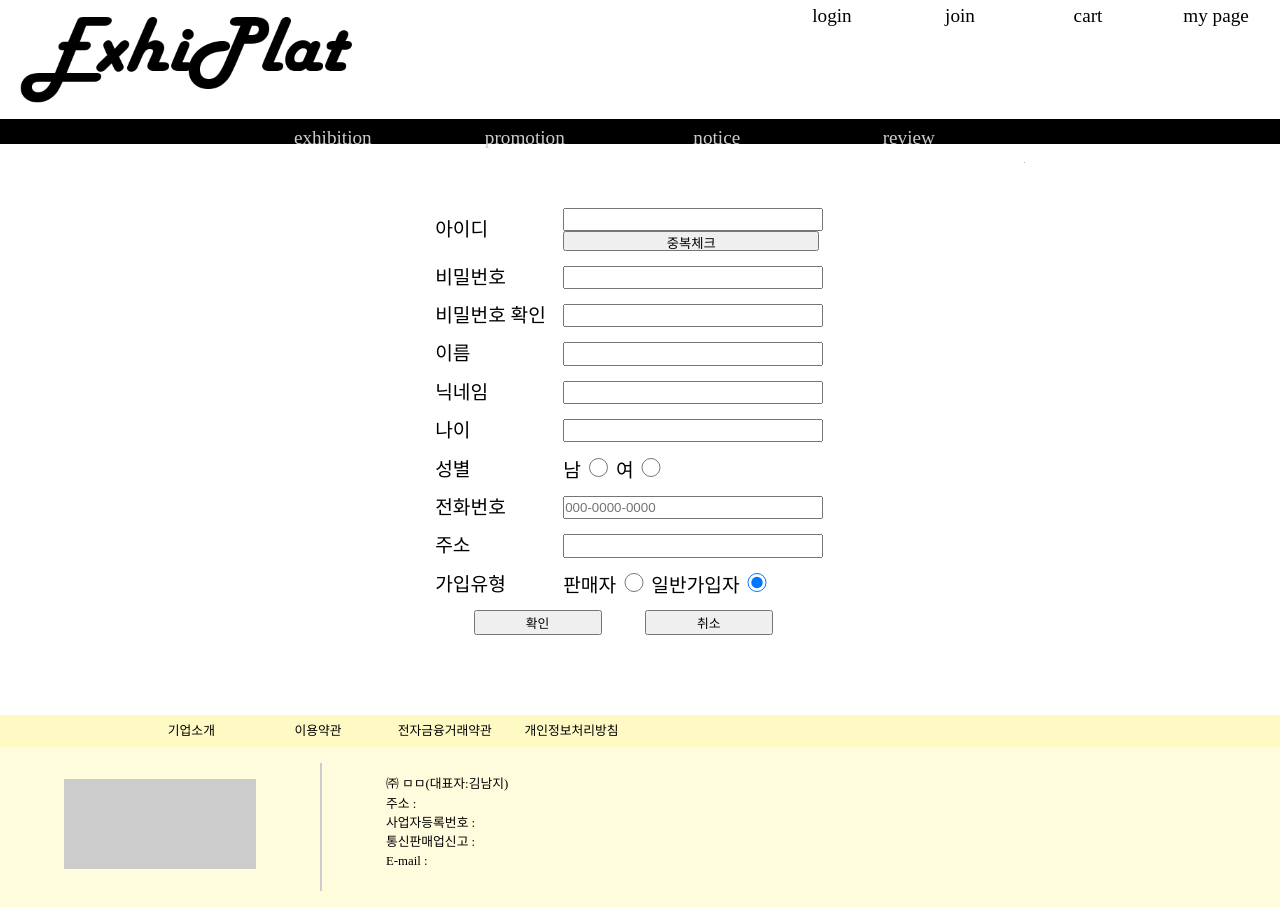
Repository: pnamjitoo/exhibition
Page: http://localhost/exhibition/source/member/regist.jsp
The author's editor kept a copy of each file at every save. The page is drawn from the files as they stood at one save, then again after a run of saves.
The browser window is 1280 px wide. The pictures show the whole page.
Some web libraries are served in a nearby version. The page is served by Tomcat 9. Other server files are loaded and not shown.

Above is the page before, as saved 2022-09-11 01:09:23.

### exhibition/src/main/webapp/source/member/regist.jsp
<%@ page language="java" contentType="text/html; charset=UTF-8"
    pageEncoding="UTF-8"%>
<%@ taglib uri="http://java.sun.com/jsp/jstl/core" prefix="c"%>
<!DOCTYPE html>
<html>
<head>
    <meta charset='utf-8'>
    <meta http-equiv='X-UA-Compatible' content='IE=edge'>
    <title>Page Title</title>
    <meta name='viewport' content='width=device-width, initial-scale=1'>
	<script type="text/javascript" src="/exhibition/source/member/member.js" charset="utf-8"></script>
	<link href="${pageContext.request.contextPath}/css/reset.css?ver=1" rel="stylesheet">
    <link href="${pageContext.request.contextPath}/css/regist.css?ver=1" rel="stylesheet">
</head>
<body>
	<%@ include file="/source/main/header.jsp" %>
	<%response.setCharacterEncoding("utf-8");%>
    <main>
        <div id="regist_wrap">
            <form action="/exhibition/MemberServlet?command=regist" method="post" name="frm">
                <table>
                	<tr>
		                <td>아이디</td>
		                <td>
		                <input type="text" name="id" id="id">
		                <input type="hidden" name="reid">
<!-- 아이디 옆으로 중복체크 버튼 올려주세요	 -->
		        		<input type="button" value="중복체크" onclick="openCheck()">
		        		</td>
        			</tr>
        			<tr>
                        <td>비밀번호</td>
                        <td><input type="password" name="pwd"></td>
                    </tr>
                    <tr>
                        <td>비밀번호 확인</td>
                        <td><input type="password" name="pwd1"></td>
                    </tr>
                    <tr>
                        <td>이름</td>
                        <td><input type="text" name="mem_name"></td>
                    </tr>
                    <tr>
                        <td>닉네임</td>
                        <td><input type="text" name="nick"></td>
                    </tr>
                    <tr>
                        <td>나이</td>
                        <td><input type="text" name="age"></td>
                    </tr>
                    <tr>
                        <td>성별</td>
                        <td>
                            <label for="남">남</label>
                            <input type="radio" name="gender" value="남" id="남">
                            <label for="여">여</label>
                            <input type="radio" name="gender" value="여" id="여">
                        </td>
                    </tr>
                    <tr>
                        <td>전화번호</td>
                        <td><input type="tel" name="tel" placeholder="000-0000-0000"></td>
                    </tr>
                    <tr>
                        <td>주소</td>
                        <td><input type="text" name="addr"></td>
                    </tr>
                    <tr>
                        <td>가입유형</td>
                        <td>
                            <label for="판매자">판매자</label>
                            <input type="radio" name="rank" value="1" id="판매자">
                            <label for="일반가입자">일반가입자</label>
                            <input type="radio" name="rank" value="2" id="일반가입자" checked="checked">
                        </td>
                    </tr>
    				<tr>
                        <td colspan="2"><input type="submit" value="확인" onclick="return registCheck()">
                        <input type="reset" value="취소"></td>
                    </tr>
<%--                     <tr><td colspan="2">${message }</td></tr> --%>
                </table>
            </form>
        </div><!--//regist_wrap-->
    </main><!--//main-->
     <%@include file="/source/main/footer.jsp" %>
</body>
</html>

### exhibition/src/main/webapp/source/main/header.jsp
<%@ page language="java" contentType="text/html; charset=UTF-8"
    pageEncoding="UTF-8"%>
<%@ taglib uri="http://java.sun.com/jsp/jstl/core" prefix="c"%>
<%@ page import="java.sql.*" %>
<!DOCTYPE html>
<html>
<head>
    <meta charset='utf-8'>
    <meta http-equiv='X-UA-Compatible' content='IE=edge'>
    <title>Page Title</title>
    <meta name='viewport' content='width=device-width, initial-scale=1'>
    <link href="${pageContext.request.contextPath}/css/reset.css?ver=1" rel="stylesheet"/>
    <link href="${pageContext.request.contextPath}/css/header.css?ver=1" rel="stylesheet"/>

    <script src="https://code.jquery.com/jquery-3.2.1.min.js"></script>
    <script src="${pageContext.request.contextPath}/js/jquery.bxslider.js?ver=1" ></script>
    <script src="${pageContext.request.contextPath}/js/jquery.clickToGiveClass.js?ver=1"></script>
    <script src="${pageContext.request.contextPath}/js/jquery.scrollToGiveClass.js?ver=1"></script>
    <script src="${pageContext.request.contextPath}/js/jquery.slidy.js?ver=1"></script>
    <script src="${pageContext.request.contextPath}/js/script.js?ver=1"></script>
</head>
<body>
    <div id="wrap">
        <header>
            <div id="logo">
				<img width='350' height='90' src="${pageContext.request.contextPath}/image/logo.png">
            </div><!--//logo-->
            <div id="top_menu">
                <ul>
<!-- 로그인한 사용자에게 보이는 구성,
로그아웃한 사용자에게 보이는 구성대로 나눠주세요      -->
				<!-- 로그인 정보가 없는 사용자  -->
                <%if (session.getAttribute("loginUser") == null) {%>
                    <li><a href="/exhibition/source/member/login.jsp">login</a></li>
                    <li><a href="/exhibition/source/member/regist.jsp">join</a></li>
                <%} else { %>
                <!-- 로그인 정보가 있는 사용자  -->
                	<li><a href="/exhibition/MemberServlet?command=logout">logout</a></li>
                <%} %>
                    <li><a href="/exhibition/source/pay/cart.jsp">cart</a></li>
                    <li><a href="/exhibition/MemberServlet?command=mypage">my page</a></li>
                </ul>
            </div><!--//top_menu-->
            <nav id="main_menu">
                <ul>
                    <li><a href="board.jsp">exhibition</a>
                        <div id="menu_sub">
                            <ul>
                                <li><a href="/source/board.jsp">전체보기</a></li>
                                <li><a href="board_1.jsp">그림전</a></li>
                                <li><a href="board_2.jsp">사진전</a></li>
                                <li><a href="board_3.jsp">체험전</a></li>
                                <li><a href="board_4.jsp">키즈/애니메이션</a></li>
                                <li><a href="board_5.jsp">기타</a></li>
                            </ul>
                        </div>
                    </li>
                    <li><a href="#">promotion</a></li>
                    <li><a href="/exhibition/NoticeServlet?command=notice_list">notice</a></li>
                    <li><a href="#">review</a></li>
                    <li>
                    <label for="search"></label>
                    <input type="checkbox" id="search" >
                        <div id="search_bar">
                            <form>
                                <input type="text" name="search">
                                <label for="search_btn"></label>
                                <input type="submit" value="검색" id="search_btn">
                            </form>
                        </div>
                    </li>
                </ul>
            </nav><!--//main_menu-->
        </header><!--//header-->
    </div><!--//wrap-->
</body>
</html>

### exhibition/src/main/webapp/source/main/footer.jsp
<%@ page language="java" contentType="text/html; charset=UTF-8"
    pageEncoding="UTF-8"%>
<%@ taglib uri="http://java.sun.com/jsp/jstl/core" prefix="c"%>
<!DOCTYPE html>
<html>
<head>
<meta charset="utf-8">
<title>Insert title here</title>
<link href="${pageContext.request.contextPath}/css/reset.css?ver=1" rel="stlyesheet">
<link href="${pageContext.request.contextPath}/css/footer.css?ver=1" rel="stylesheet">
</head>
<body>
	<footer>
	            <div id="footer_menu">
	                <ul>
	                    <li>기업소개</li>
	                    <li>이용약관</li>
	                    <li>전자금융거래약관</li>
	                    <li>개인정보처리방침</li>
	                </ul>
	            </div><!--//footer_menu-->
	            <div class="footer_logo">

	            </div>
	            <div id="footer_info">
	                ㈜ ㅁㅁ(대표자:김남지)<br>
	                주소 : <br>
	                사업자등록번호 : <br>
	                통신판매업신고 : <br>
	                E-mail :
	            </div>
	        </footer><!--//footer-->
</body>
</html>

### exhibition/src/main/webapp/source/member/member.js
function loginCheck() {

   if (document.frm.id.value == "") {
      alert("아이디를 입력해주세요.");
      frm.id.focus();
      return false;
   } else if (document.frm.pwd.value == "") {
      alert("비밀번호를 입력해주세요.");
      frm.pwd.focus();
      return false;
   }
   return true;
}

function openCheck() {
	if (idCheck() == true){
	var url = "/exhibition/MemberServlet?command=idcheck&id=" + document.frm.id.value;
	window.open(url, "_blank_1",
	"toolbar=no, menubar=no, scrollbars=yes, resizable=no, width=450, height=200");
	}
}

function idCheck() {
		var idRegExp = /^[a-zA-z0-9]{4,12}$/;
	if (document.frm.id.value == "") {
		alert("아이디를 입력해주세요.");
		document.frm.id.focus();
		return false;
	} else if (!idRegExp.test(document.frm.id.value)) {
		alert("아이디는 영문 대소문자와 숫자 4~12자리로 입력해야 합니다.");
		frm.id.value = "";
		frm.id.focus();
		return false;
	}
	return true;
}

function idok() {
	opener.frm.id.value=document.frm.id.value;
	opener.frm.reid.value=document.frm.id.value;
	self.close();
}

function registCheck() {
	if (!checkId(document.frm.id.value)){
		return false;
	}   else if (document.frm.reid.value.length == 0) {
		alert("아이디 중복 체크는 필수입니다.");
		frm.id.focus();
		return false;
	}	else if (!checkPassword(document.frm.pwd.value, document.frm.pwd1.value)) {
		return false;
	}	else if (!checkName(document.frm.mem_name.value)) {
		return false;
	}	else if (!checkNick(document.frm.nick.value)) {
		return false;
	}	else if (!checkAge(document.frm.age.value)) {
		return false;
	}	else if (!checkExistData(document.frm.gender.value, "성별을")) {
		return false;
	}	else if (!checkTel(document.frm.tel.value)) {
		return false;
	}	else if (!checkExistData(document.frm.addr.value, "주소를")) {
		return false;
	}	else if (!checkExistData(document.frm.rank.value, "가입유형을")) {
		return false;
	}
	return true;
}

// 공백확인 함수
function checkExistData(value, dataName) {
	if (value == "") {
		alert(dataName + " 입력해주세요.");
		return false;
	}
	return true;
}

function checkId(id){
 	if (!checkExistData(id, "아이디를"))
		return false;
	var idRegExp = /^[a-zA-z0-9]{4,12}$/;
	if (!idRegExp.test(id)) {
		alert("아이디는 영문 대소문자와 숫자 4~12자리로 입력해야 합니다.");
		frm.id.value = "";
		frm.id.focus();
		return false;
	}
	return true;
}

//비밀번호가 입력되었는지 확인하기
function checkPassword(pwd, pwd1) {
	if (!checkExistData(pwd, "비밀번호를"))
		return false;
	if (!checkExistData(pwd1, "비밀번호 확인을"))
		return false;

	//비밀번호 유효성 검사
	var password1RegExp = /^[a-zA-z0-9]{4,12}$/;
	if (!password1RegExp.test(pwd)) {
		alert("비밀번호는 영문 대소문자와 숫자 4~12자리로 입력해야 합니다.");
		frm.pwd.value = "";
		frm.pwd.focus();
		return false;
	}
	//비밀번호와 비밀번호 확인이 맞지 않다면..
	if (pwd != pwd1) {
		alert("두 비밀번호가 맞지 않습니다.");
		frm.pwd.value = "";
		frm.pwd1.value = "";
		frm.pwd1.focus();
		return false;
	}
	return true;
}

function checkAge(age) {
if (!checkExistData(age, "나이를"))
	return false;
	var ageRegExp = /^[0-9]{1,3}$/;
		if (!ageRegExp.test(age)) {
			alert("나이는 숫자만 입력 가능합니다.");
			frm.age.value = "";
			frm.age.focus();
			return false;
		}
	return true;
}

function checkName(mem_name) {
if (!checkExistData(mem_name, "이름을"))
	return false;
else {
	return true;
}
}

function checkNick(nick) {
if (!checkExistData(nick, "별명을"))
	return false;
	else {
	return true;
}
}

function checkTel(tel) {
if (!checkExistData(tel, "전화번호를"))
	return false;
	var telRegExp = /^[0-9]{2,3}-[0-9]{3,4}-[0-9]{4}/;
		if (!telRegExp.test(tel)) {
			alert("전화번호 형식이 올바르지 않습니다.");
			frm.tel.value = "";
			frm.tel.focus();
			return false;
		}
	return true;
}

### exhibition/src/main/webapp/css/regist.css
@charset "UTF-8";
input{
    padding:0;
    margin:0;
}
#regist_wrap{
    display:inline-block;
    width:32%;
    margin:5% 34% 5%;
}
#regist_wrap{
    font-size:1.5vw;
}
#regist_wrap td{
width:10vw;
padding-bottom:1vw;
vertical-align: middle;
height:2vw;
}
#regist_wrap td input{
    width:20vw;
    height:1.5vw;

}
#regist_wrap td input[type="radio"]{
    width:2vw;

}
#regist_wrap td input[type="submit"],#regist_wrap td input[type="reset"]{
    width:10vw;
    margin-left:3vw;
    font-size:1vw;
    height:2vw;
    line-height: 2vw;
}

### exhibition/src/main/webapp/css/header.css
@charset "UTF-8";

@font-face {
    font-family: 'HSBombaram3_Regular';
    src: url('https://cdn.jsdelivr.net/gh/projectnoonnu/noonfonts_20-10@1.1/HSBombaram3_Regular.woff') format('woff');
    font-weight: normal;
    font-style: normal;
}

@import url(//fonts.googleapis.com/earlyaccess/nanummyeongjo.css);

.nanummyeongjo * {
 font-family: 'Nanum Myeongjo', serif;
}

@font-face {
    font-family: 'EF_MACHO';
    src: url('https://cdn.jsdelivr.net/gh/projectnoonnu/noonfonts_2206-01@1.0/EF_MACHO.woff2') format('woff2');
    font-weight: normal;
    font-style: normal;
}

@import url(//fonts.googleapis.com/earlyaccess/notosanskr.css);

.notosanskr * {
 font-family: 'Noto Sans KR', sans-serif;
}

header{
        width:100%;
    }
    header #logo{
        display:inline-block;
        width:20%;
        height:7vw;
        margin:1% 0 0 1%;
        /* background-color: #ccc; */
    }
    /* top_menu */
    header #top_menu{
    	font-family: 'Nanum Myeongjo', serif;
        display:inline-block;
        float:right;
        width:50%;
        height:2.5vw;

    }
    header #top_menu ul{
        font-size:0;
        text-align: right;
    }
    header #top_menu li{
        display:inline-block;
        width:20%;
        font-size:1.5vw;
        height:2.5vw;
        text-align:center;
        line-height:2.5vw;
    }
    header #top_menu li a{
        text-decoration:none;
        color:#000;
    }
    /* main_menu */
    header #main_menu{
    	font-family: 'Nanum Myeongjo', serif;
        height:2vw;
        margin-top:1%;
        background-color: #000;
    }

    header #main_menu{
        text-align:center;
    }
    header #main_menu ul{
        font-size:0;
        color:#ccc;
    }
    header #main_menu li{
        display:inline-block;
        width: 15%;
        font-size:1.5vw;
        line-height:3vw;
        transition:all .2s;
        position:relative;
    }
    header #main_menu li a{
    	text-decoration:none;
    	color:#ccc;
    }
    header #main_menu #menu_sub {
        position:absolute;
        display:inline-block;
        width:100%;
        height:21vw;
        z-index: 1;
        transition:all .3s;
        left:0;
        top:3vw;
        background-color: #fff;
        opacity: 0;
        visibility: hidden;
    }
    header #main_menu li:hover #menu_sub{
        opacity: 1;
        visibility: visible;
    }
    header #main_menu #menu_sub li{
        color:#ccc;
        width:100%;
    }
    header #main_menu #menu_sub li a{
    color:#ccc;
    }
    header #main_menu #menu_sub li:hover a{
        color:#000;
    }

    header #main_menu li:last-child{
        width:3%;
    }
    header #main_menu li:hover{
        border-bottom:2px solid rgb(183, 177, 118);
        background-color: #fff;
        color:#000;
    }
    header #main_menu li:hover a{
            color:#000;
    }


    header #main_menu label{
        display: inline-block;
        width:3%;
        cursor:pointer;
        font-size:0;
        margin-bottom:0;
        height:3vw;
        position:absolute;
        background-image: url("../image/search_btn.png");
        background-size:70%;
        background-position: center;
        background-repeat: no-repeat;

    }
    header #main_menu input[type="checkbox"]{
    display:none;
    }
    header #main_menu input:checked + #search_bar{
        height:2.2vw;
    }
    /* search_bar */
    #search_bar{
        display: inline-block;
        position:absolute;
        overflow: hidden;
        top:12.5vw;
        right:12vw;
        width:15vw;
        height:0;
        transition:all .2s;
    }

    #search_bar input[type="text"]{
        width:10vw;
        height:1.5vw;
        font-size:1vw;
        vertical-align: bottom;
        border-radius: 2vw;
        border:.1vw solid #ccc;
    }
    #search_bar input[type="submit"]{
        display: none;
    }
    header #main_menu #search_bar label{
        display: inline-block;
        width:2vw;
        height:2vw;
    }

### exhibition/src/main/webapp/js/jquery.clickToGiveClass.js
/*
�ɼ�
class : �ο��Ǵ� Ŭ������Ī
        (�⺻�� : 'active')
----------------------------------------------------
addTarget : Ŭ������ �޴� �߰����(���)
            ��)
              addTarget : 'body, #this'
              -body�±׿� id=this��Ұ� �߰�������
               Ŭ������ �ο�����.
----------------------------------------------------
motion : �����ϴ� �̺�Ʈ
          (�⺻�� : 'click')
          - motion : 'mouseover' (���콺�� �÷����� ����)
          - motion : 'hover'
            (���콺�� �÷����� Ŭ������ �ο��ǰ�,
              ���콺�� ������ Ŭ������ ���ŵȴ�.)
----------------------------------------------------
addBtn : �߰��� �����ϴ� ��ư
        ��) addBtn : '.other'
        class=other��Ҹ� ���ؼ� ���ϵ����� ����
----------------------------------------------------
remove : Ŭ������ �����ϴ� ��ư �߰�����
        ��) remove : '.remove'
        class=remove��Ҹ� ���ؼ� �ο��� Ŭ������ ���Ű���
----------------------------------------------------
Ŭ������ �ο��� �� ȣ��Ǵ� �Լ�
  addFunction:function(){}
----------------------------------------------------
Ŭ������ ���ŵ� �� ȣ��Ǵ� �Լ�
  removeFunction:function(){}
*/
;(function($){
	$.fn.clickToGiveClass = function(options){

		var ops = {
					class:'active',
					addTarget:'none',
					motion:'click',
					addBtn:'',
					remove:'',
					addFunction:function(){},
					removeFunction:function(){}
				  };

		ops = $.extend(ops,options);//��ü�� ��ħ.

		return this.each(function(){
		  //�÷����� ���۳���
		  var btn = $(this);
		  var btns = $(ops.addBtn);
		  var target = btn.attr('href');// "#box"

		  target = (ops.addTarget == 'none') ? target : target+","+ops.addTarget;
		  //������ true�̸� #box
		  //������ false�̸� #box,body

		  if(ops.motion == 'mouseover') btn.add(btns).mouseover(toggling);
		  else if(ops.motion == 'hover') btn.add(btns).hover(giving,erasing);
		  else btn.add(btns).click(toggling);

		  $(ops.remove).click(erasing);

		  function toggling(e){
			e.preventDefault();
			if(!btn.hasClass(ops.class)){
			  giving();
			}else{
			  erasing();
			}
		  }//end:toggling

		  function giving(){
			btn.add($(target)).addClass(ops.class);
			ops.addFunction();
		  }//end:giving

		  function erasing(){
			btn.add($(target)).removeClass(ops.class);
			ops.removeFunction();
		  }//end:erasing



		});
	}
})(jQuery);

### exhibition/src/main/webapp/js/jquery.scrollToGiveClass.js
/*
scrollToGiveClass 플러그인 옵션
baseline :
  'top'(기본값) - 화면의 위를 기준으로 적용
  'bottom' - 화면의 아래를 기준으로 적용
  'middle' - 화면의 가운데를 기준으로 적용
  정수 - 적용되는 위치값을 직접설정

class : 부여되는 클래스명
  'scrolled'(기본값)

add : baseline(기준)의 위치를 가감함
  정수 - 입력된 값만큼(px) 가감됨.
  실수(1>n>-1) - 입력된 값의 화면비만큼 값이 가감됨.

limit : 클래스를 적용받는 한계값의 기준
  'fixed' - 화면위에서부터 limitValue만큼 제한
  'baseline' - 적용받는 기준에서부터 limitValue만큼 제한

limitValue : 한계값
  정수

addFunction : function(){}
  - 클래스를 부여받을 때 함수를 호출함.

removeFunction : function(){}
  - 클래스가 제거될 때 함수를 호출함.

*/
;(function($){
  $.fn.scrollToGiveClass = function(options){

    var defaultOptions = {
      baseline:'top',
      class:'scrolled',
      add:0,
      limit:'',
      limitValue:0,
      addFunction:function(){},
      removeFunction:function(){}
    };

    var op = $.extend(defaultOptions,options);

    return this.each(function(){
      var $win = $(window);
      var $this = $(this);
      var this_top = $this.offset().top;//영역의 위치
      $win.on('load scroll',scrolled);

      function scrolled(){
        var win_top = $win.scrollTop();//스크롤된 위치
        var win_height = $win.outerHeight();//화면의 높이


        if(op.baseline=='bottom') win_top += win_height;
        if(op.baseline=='middle') win_top += win_height/2;
        if(!isNaN(op.baseline)) this_top = op.baseline;

        if( 1>op.add && op.add>-1 ){
          op.add = win_height * op.add;
        }

        win_top += op.add;

        var limit = true;
        if(op.limit=='fixed'){
          limit = win_top < op.limitValue;
        }
        if(op.limit=='baseline'){
          limit = win_top < this_top+op.limitValue;
        }

        if(win_top>this_top && limit){
          if(!$this.hasClass(op.class)) op.addFunction();
          $this.addClass(op.class);
        }else{
          if($this.hasClass(op.class)) op.removeFunction();
          $this.removeClass(op.class);
        }
      }//end:scrolled

    });//end:each()
  }//end:scrollClass()
})(jQuery);

### exhibition/src/main/webapp/js/script.js
;(function($){
    $(function(){
        $("#member_btn").click(function(){
            $("#member_wrap").add(this).toggleClass("open");
        });
        $("#member_close").click(function(){
            $("#member_wrap").add(this).toggleClass("open");
        });
        $("#btn1").click(function(){
            $(".tap_sub").add(this).removeClass("open");
            $("#tap1_sub").add(this).addClass("open");
        });
        $("#btn2").click(function(){
            $(".tap_sub").add(this).removeClass("open");
            $("#tap2_sub").add(this).addClass("open");
        });
        $("#btn3").click(function(){
            $(".tap_sub").add(this).removeClass("open");
            $("#tap3_sub").add(this).addClass("open");
        });
        $("#btn4").click(function(){
            $(".tap_sub").add(this).removeClass("open");
            $("#tap4_sub").add(this).addClass("open");
        });
        $("#btn5").click(function(){
            $(".tap_sub").add(this).removeClass("open");
            $("#tap5_sub").add(this).addClass("open");
        });

        $("#profile_btn").click(function(){
            $("#profile_layer").add(this).addClass("open");
            $("#cart_layer").add(this).removeClass("open");
        });
        $("#cart_btn").click(function(){
            $("#profile_layer").add(this).removeClass("open");
            $("#cart_layer").add(this).addClass("open");
        });

    });
})(jQuery);

### exhibition/src/main/webapp/css/footer.css
@charset "UTF-8";
footer{
    clear:both;
    width:100%;
    height:15vw;
    background-color: rgb(255, 252, 221);

}

footer #footer_menu{

    height:2.5vw;
    background-color: rgb(255, 250, 196);
    padding-left:10%;
}
footer #footer_menu ul{font-size:0;}

footer #footer_menu li{
    display: inline-block;
    width:11%;
    height:2.5vw;

    font-size:1vw;
    text-align:center;
    line-height:2.5vw;
    position:relative;
}
footer .footer_logo{
    background-color: #ccc;
    display:inline-block;
    width:15%;
    height: 7vw;
    margin:2.5vw 5vw;
    float:left;
}

footer #footer_info{
    display:inline-block;
    width: 20%;
    border-left: 2px solid #ccc;
    float:left;
    height:8vw;
    margin-top:1.2%;
    padding:1vw 5vw;
    line-height: 1.5vw;
    font-size:1vw;
}

Loaded but not shown: exhibition/src/main/webapp/css/reset.css (common file); exhibition/src/main/webapp/js/jquery.bxslider.js (library); exhibition/src/main/webapp/js/jquery.slidy.js (library)

After the next 2 saves:
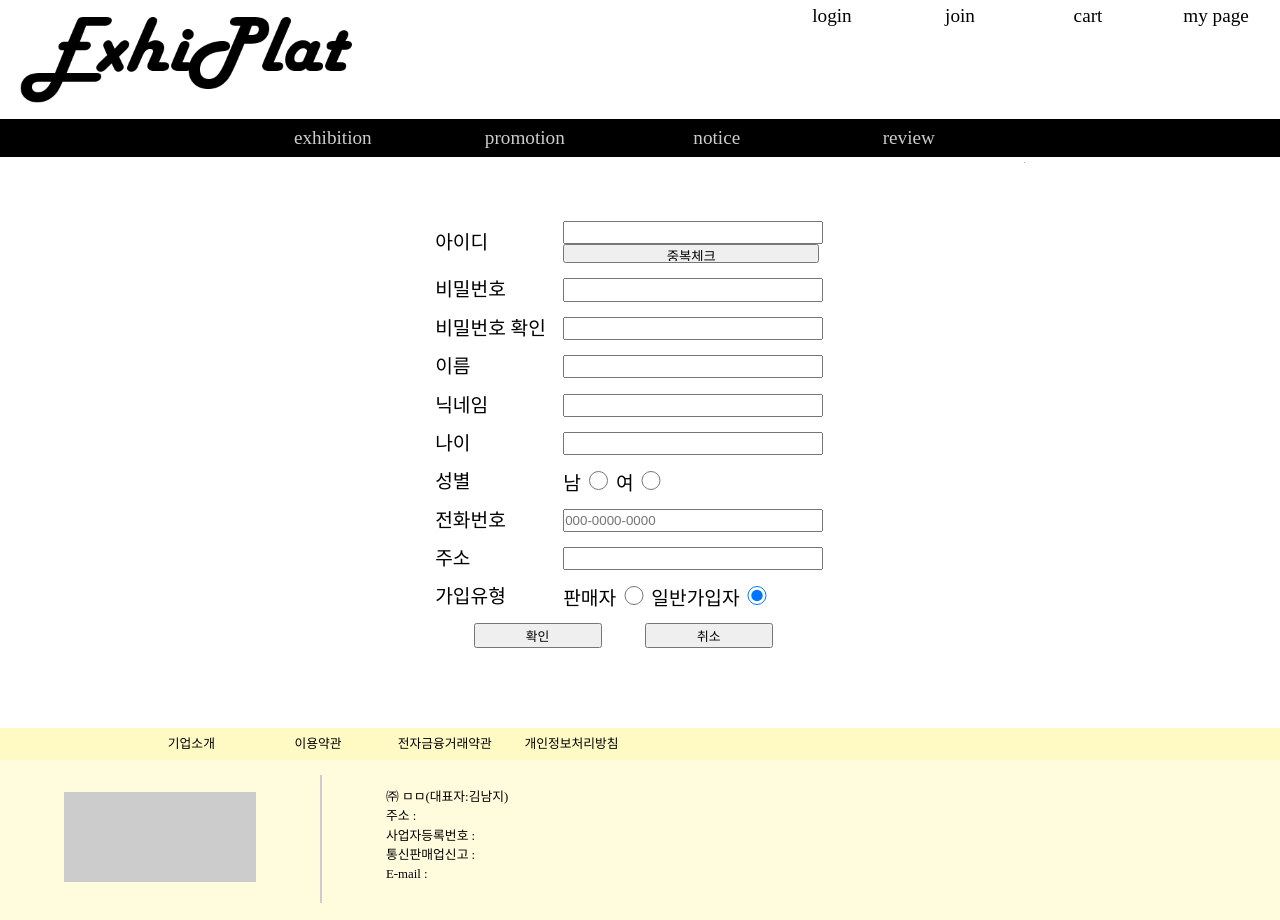
The 2 saves are shown as one change because they came seconds apart.
The last was saved 14 s later.
--- a/exhibition/src/main/webapp/css/header.css
+++ b/exhibition/src/main/webapp/css/header.css
@@ -64,7 +64,7 @@ header{
     /* main_menu */
     header #main_menu{
     	font-family: 'Nanum Myeongjo', serif;
-        height:2vw;
+        height:3vw;
         margin-top:1%;
         background-color: #000;
     }
